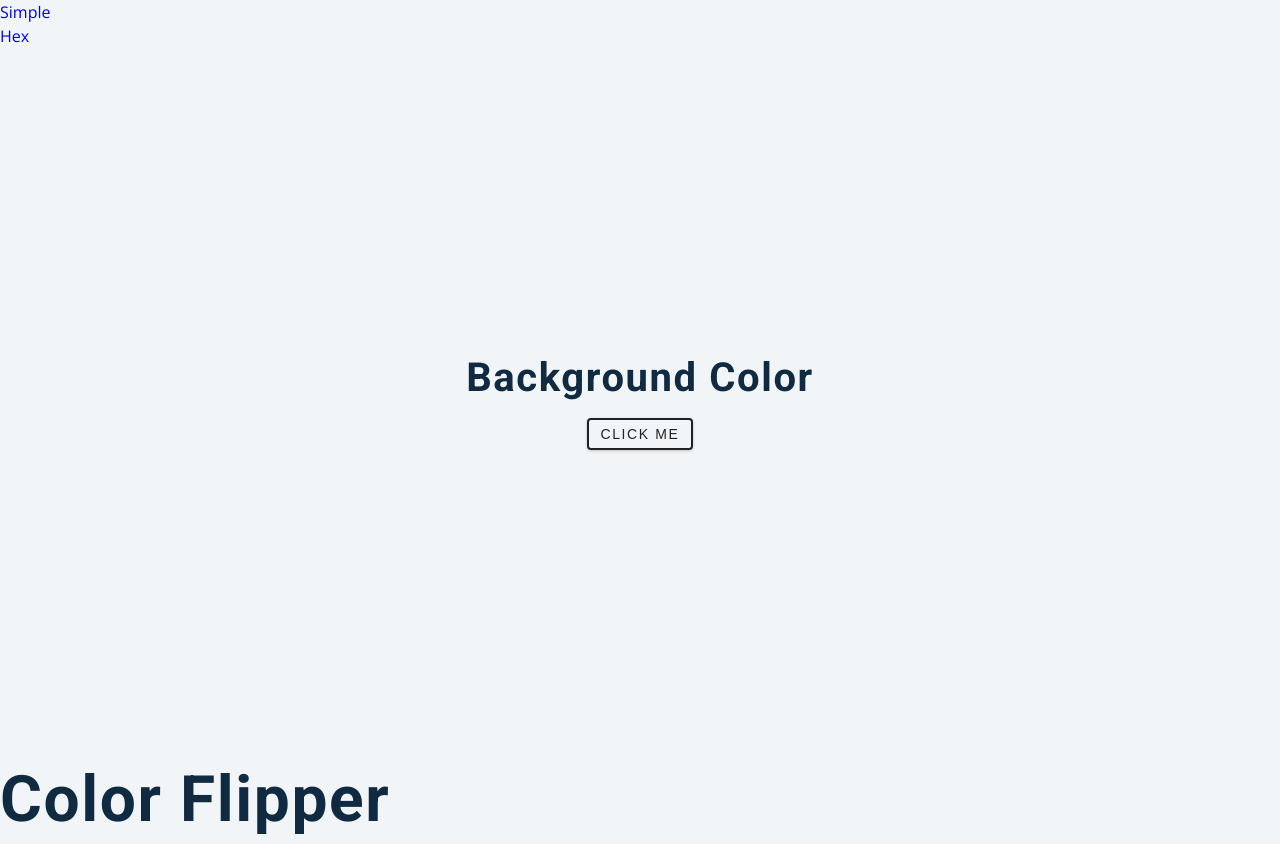
Repository: mosesvk/javascript-basic-projects
Page: 01-color-flipper/setup/index.html
An editor plug-in stored every save of this project. The page is shown before and after the next save, followed by the edit.
The browser window is 1280 px wide. The pictures show the whole page.

Above is the page before, as saved 2023-08-24 16:53:56.

After the next save:
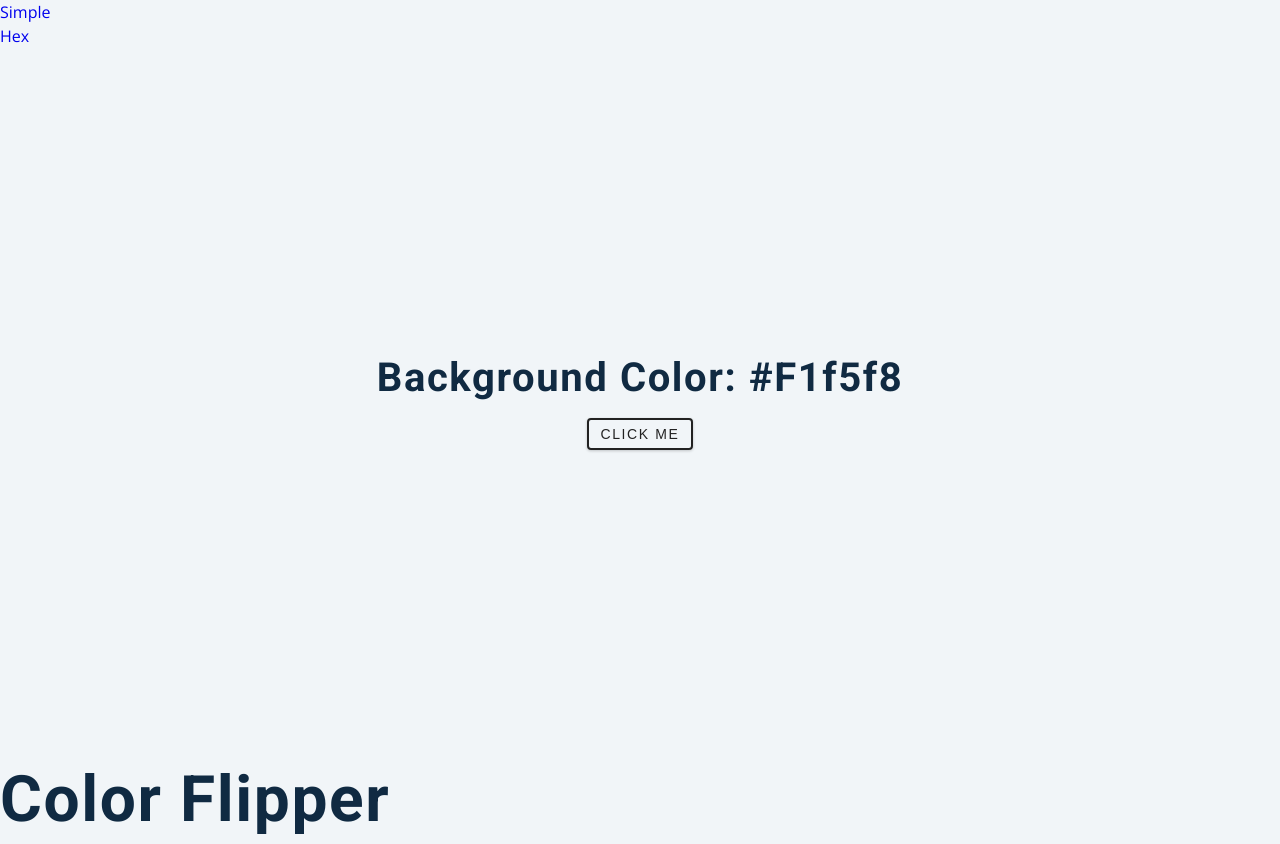
Saved 12 min 40 s later.
--- a/01-color-flipper/setup/index.html
+++ b/01-color-flipper/setup/index.html
@@ -23,7 +23,7 @@
     </nav>
     <main>
       <div class="container">
-        <h2>Background Color</h2>
+        <h2>Background Color: <span class="color">#f1f5f8</span></h2>
         <button class="btn btn-hero" id="btn">Click Me</button>
       </div>
     </main>
